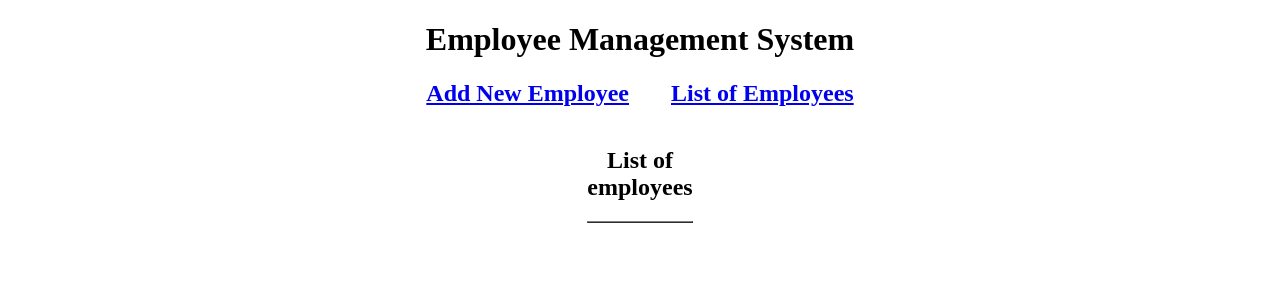
Repository: Swapna-JavaTech/Hibernate-Codes-
Page: http://localhost/EmployeeManagementSystem/employee-list.jsp
These files come from the project's save history. The page is drawn as it stood at one moment and after the next save; the edit follows.
The browser window is 1280 px wide. The pictures show the whole page.
The page is served by Tomcat 9.

Above is the page before, as saved 2022-01-31 05:50:37.

After the next save:
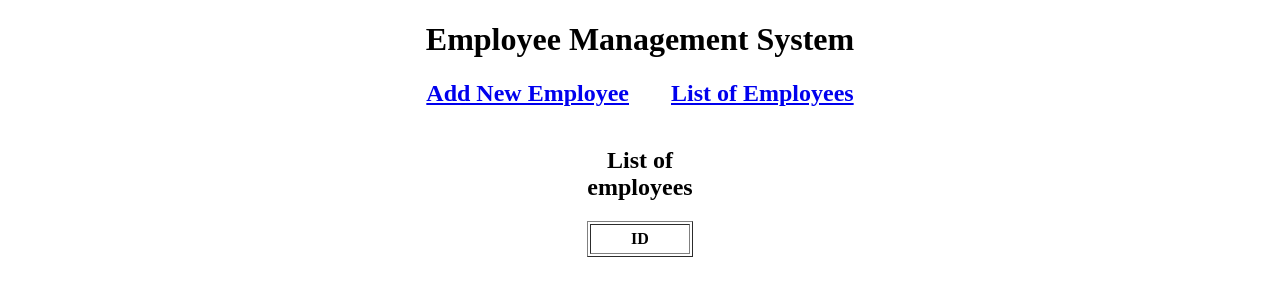
Saved 51 s later.
--- a/EmployeeManagementSystem/src/main/webapp/employee-list.jsp
+++ b/EmployeeManagementSystem/src/main/webapp/employee-list.jsp
@@ -21,7 +21,11 @@
 
 	<table border="1" cellpadding = "5">
 		<caption><h2>List of employees</h2></caption>
+		<tr>
+			<th>ID </th>
+		</tr>
 	</table>
+
 </div>
 </body>
 </html>
